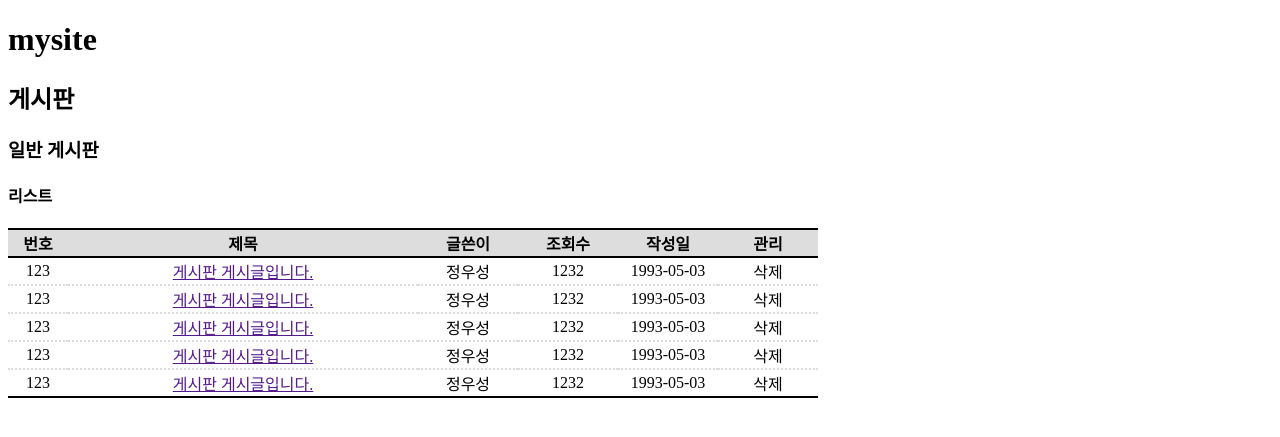
Repository: jeemaru/htme_01
Page: css_02/ex_04-1.html
An editor plug-in stored every save of this project. The page is shown before and after the next save, followed by the edit.
The browser window is 1280 px wide. The pictures show the whole page.

Above is the page before, as saved 2022-04-07 08:59:19.

After the next save:
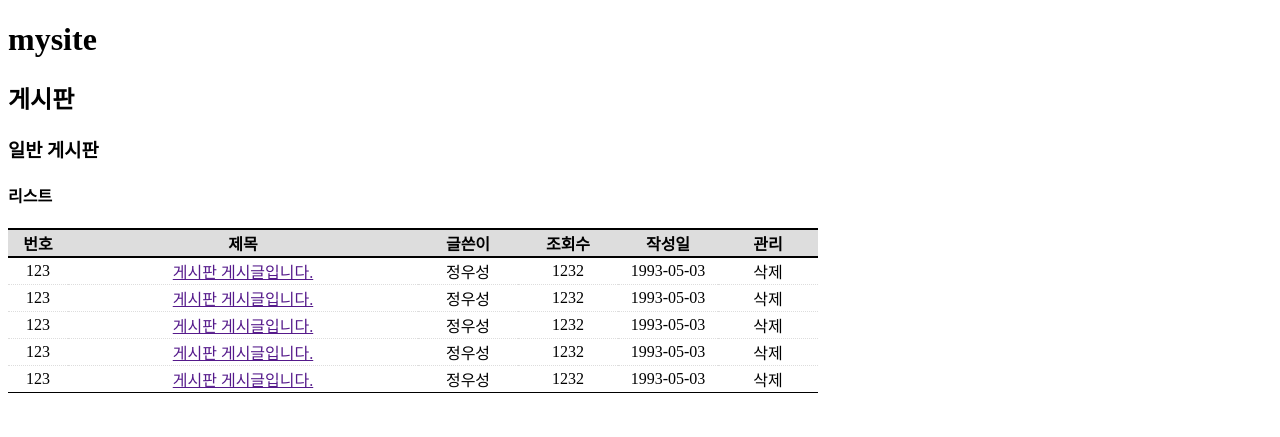
Saved 39 s later.
--- a/css_02/ex_04-1.html
+++ b/css_02/ex_04-1.html
@@ -12,10 +12,10 @@
         		  border: 2px solid #000000;
         		  border-right: 0px;
         		  border-left: 0px;}
-        	table>tbody>tr>td{border: 2px dotted #dddddd;
+        	table>tbody>tr>td{border: 1px dotted #dddddd;
         	  				  border-right: 0px;
         	  				  border-left: 0px;}
-        	.line{border-bottom: 2px solid #000000;}
+        	.line{border-bottom: 1px solid #000000;}
 
         </style>
 
